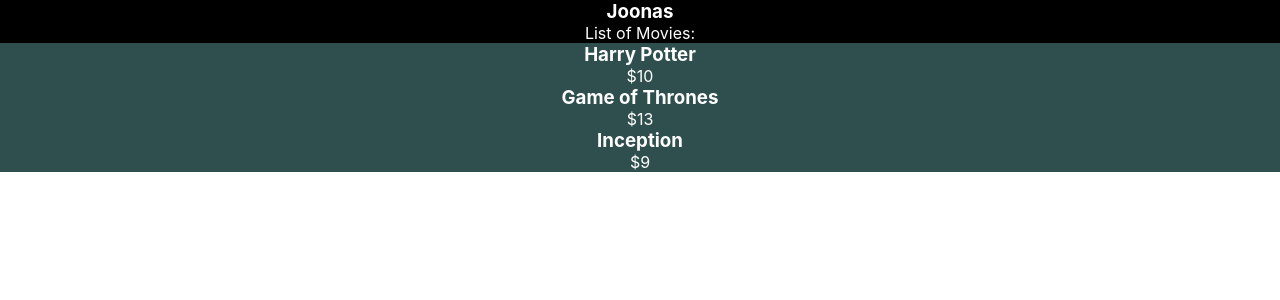
Repository: SubmergedSnake/react-usecontext
Page: /
These files come from the project's save history. The page is drawn as it stood at one moment and after a run of saves; the edit follows.
The browser window is 1280 px wide. The pictures show the whole page.
The project was rebuilt for these pictures with package versions that can differ from the ones it lists, and the page was loaded fresh each time.

Above is the page before, as saved 2020-11-21 18:44:03.

After the next 2 saves:
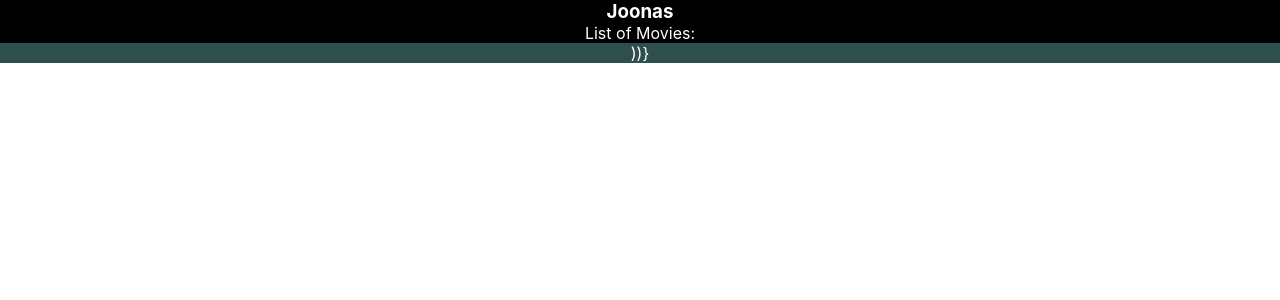
The 2 saves are shown as one change because 1 did not build or start.
The last was saved 112 s later.
--- a/src/MovieList.js
+++ b/src/MovieList.js
@@ -6,32 +6,15 @@
 }
 
 const MovieList = () => {
-    const [movies, setMovies] = useState([
-        {
-            name: 'Harry Potter',
-            price: '$10',
-            id: 23124
-        },
-        {
-            name: 'Game of Thrones',
-            price: '$13',
-            id: 223324
-        },
-        {
-            name: 'Inception',
-            price: '$9',
-            id: 2312474
-        }
-    ]);
 
     return (
         <div style={listStyle}>
-            {movies.map(movie => (
+            {/*{movies.map(movie => (
                 <Movie
                 name={movie.name}
                 price={movie.price}
                 key={movie.id}
-                />
+            />*/}
             ))}
         </div>
     );
